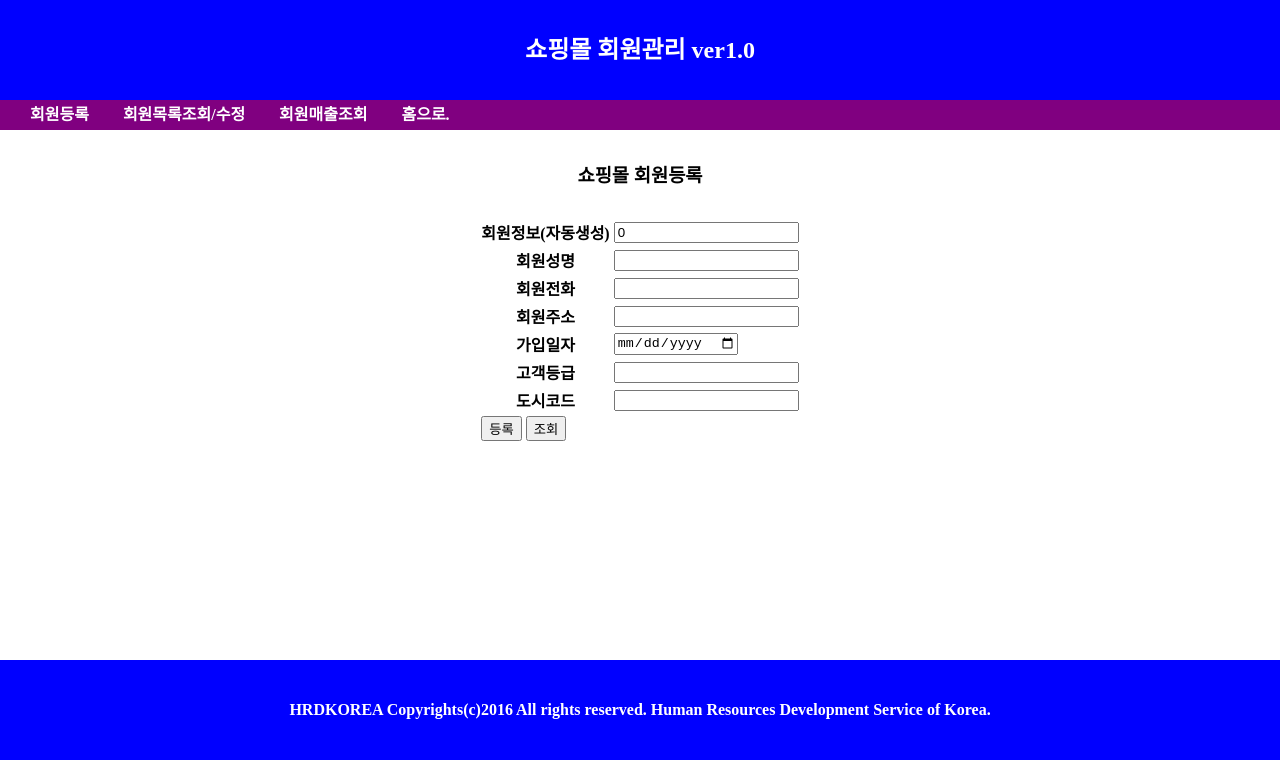
Repository: brightjy/Today-what-I-practiced
Page: http://localhost/HRD_0514/view/registerMemberView.jsp
An editor plug-in stored every save of this project. The page is shown before and after the next save, followed by the edit.
The browser window is 1280 px wide. The pictures show the whole page.
The page is served by Tomcat 9. Queries for data that is not in the repository find no rows.

Above is the page before, as saved 2020-05-14 12:29:00.

After the next save:
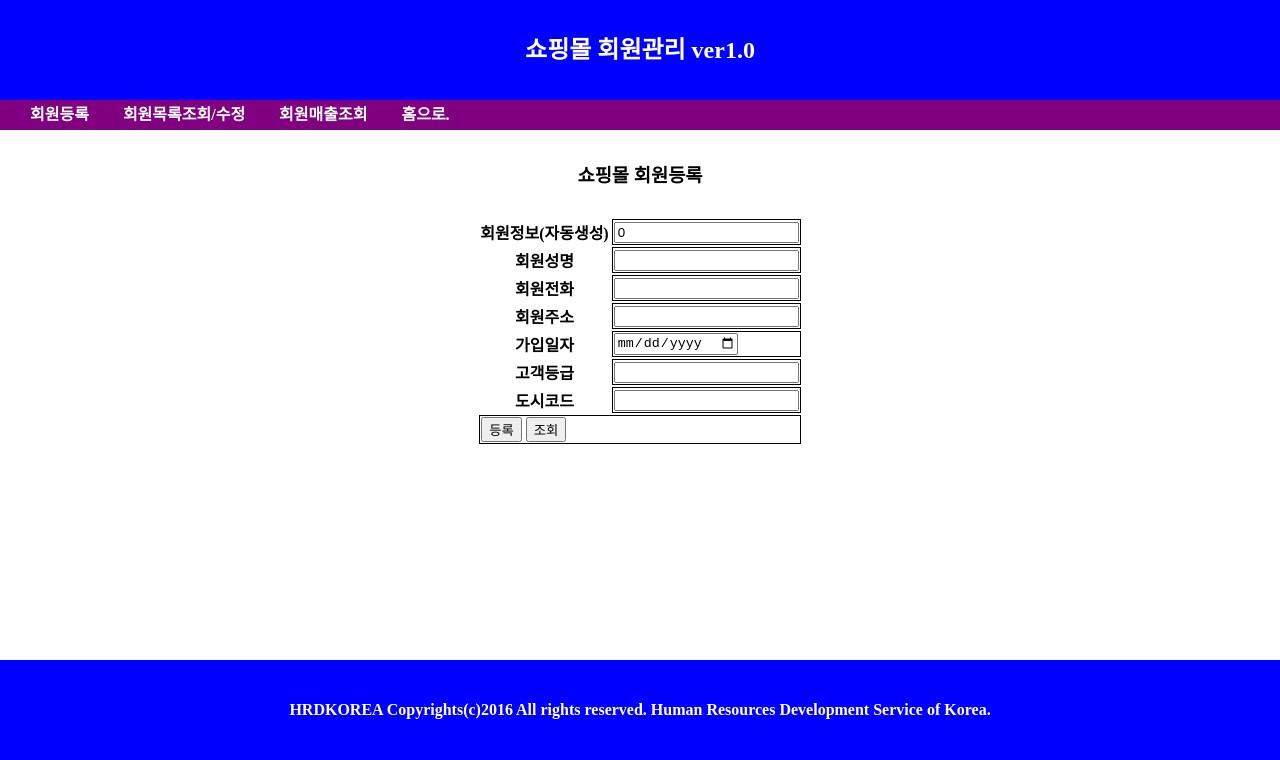
Saved 41 s later.
--- a/hrdkorea_0514/HRD_0514/WebContent/view/header.jsp
+++ b/hrdkorea_0514/HRD_0514/WebContent/view/header.jsp
@@ -14,6 +14,7 @@ header,footer{height:100px; background-color:blue; line-height:100px; color:whit
 nav{background-color:purple; height:30px; line-height:30px; padding-left:30px;}
 section{height:500px;}
 div{margin:30px;}
+tr, td{border:1px solid black;}
 </style>
 </head>
 <body>
